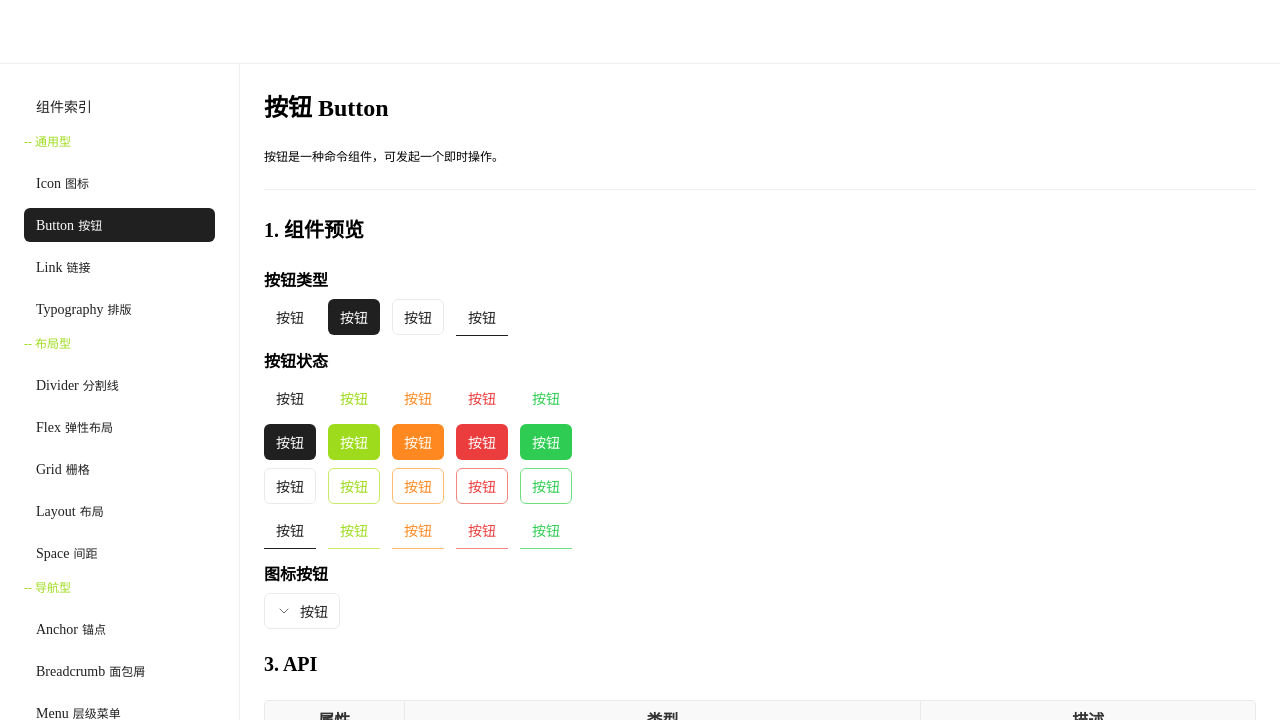
Repository: suminhan007/LandDesign
Page: /
An editor plug-in stored every save of this project. The page is shown before and after the next save, followed by the edit.
The browser window is 1280 px wide. The pictures show the whole page.
An inner scrolling area shows only its first screen. The project was rebuilt for these pictures with package versions that can differ from the ones it lists, and the page was loaded fresh each time. Also part of the build but not shown: vite.config.ts, packages/Pop.tsx, example/components/ComponentPreview.tsx, example/components/IconExample.tsx.

Above is the page before, as saved 2024-03-17 19:06:33.

### index.html
<!DOCTYPE html>
<html lang="en">
  <head>
    <meta charset="UTF-8" />
    <link rel="icon" type="image/svg+xml" href="/vite.svg" />
    <meta name="viewport" content="width=device-width, initial-scale=1.0" />
    <title>Land Design</title>
  </head>
  <body>
    <div id="root"></div>
    <script type="module" src="/example/main.tsx"></script>
  </body>
</html>

### example/App.tsx
import React, { useState } from 'react';
import styled from 'styled-components';
import "./app.css";
import '../style/atomic.scss';
import '../style/variable.scss';

import Button from '../packages/Button';
import Divider from '../packages/Divider';
import Table from '../packages/Table';
import Title from '../packages/Title';
import ComponentPreview from './components/ComponentPreview';

// 引入数据
import {
  COMMON_COMPONENTS_DATA,
  LAYOUT_COMPONENTS_DATA,
  NAV_COMPONENTS_DATA,
  INPUT_COMPONENTS_DATA,
  DISPLAY_COMPONENTS_DATA,
  FEEDBACK_COMPONENTS_DATA,
  TEXT_COMPONENTS_DATA,
  OTHER_COMPONENTS_DATA
} from './mock';

const Nav_Data = [
  { id: 1, data: COMMON_COMPONENTS_DATA, title: '通用型' },
  { id: 2, data: LAYOUT_COMPONENTS_DATA, title: '布局型' },
  { id: 3, data: NAV_COMPONENTS_DATA, title: '导航型' },
  { id: 4, data: INPUT_COMPONENTS_DATA, title: '数据输入型' },
  { id: 5, data: DISPLAY_COMPONENTS_DATA, title: '输入展示型' },
  { id: 6, data: FEEDBACK_COMPONENTS_DATA, title: '反馈型' },
  { id: 7, data: TEXT_COMPONENTS_DATA, title: '文字型' },
  { id: 8, data: OTHER_COMPONENTS_DATA, title: '其他' },
]

function App() {
  const [activedId, setActivedId] = useState<number>(2);
  return (
    <div>
      <StyledTopNav></StyledTopNav>
      <div className='flex'>
        <StyledLeftNav className='flex column gap-20 py-24 px-24 overflow-auto'>
          {/* <Title title='-- 组件索引' type='p' className='my-8' style={{ color: 'var(--color-primary-6)' }} /> */}
              <Button
                text='组件索引'
                width='100%'
                justify='start'
                type={activedId === 0 ? 'background' : 'text'}
                onClick={() => setActivedId(0)}
              />
          {
            Nav_Data.map(navItem =>
              <div className='flex column gap-8'>
                <Title title={`-- ${navItem.title}`} type='p' className='my-8' style={{ color: 'var(--color-primary-6)' }} />
                {
                  navItem.data?.map(navBtnItem =>
                    <Button
                      key={navBtnItem.id}
                      text={navBtnItem.en}
                      subText={navBtnItem.zh}
                      width='100%'
                      justify='start'
                      type={activedId === navBtnItem.id ? 'background' : 'text'}
                      onClick={() => setActivedId(navBtnItem.id)}
                    />
                  )
                }
              </div>
            )
          }
        </StyledLeftNav>
        <StyledRightContent className='flex p-24 overflow-auto'>
          {/* 组件索引 */}
          {activedId === 0 && <ComponentPreview/>}
          {
            activedId != 0 && COMMON_COMPONENTS_DATA.filter(itm => itm.id === activedId).map(item =>
              <div className='width-100 flex column gap-24 mb-24' style={{height: 'fit-content'}}>
                <Title title={`${item.zh} ${item.en}`} type='h1' />
                <Title title={item.desc} type='p'/>
                <Divider />
                <Title title='1. 组件预览' type='h2' />
                  {item.example}
                <Title title='3. API' type='h2' />
                <Table titleData={[{ title: '属性', value: 'props' }, { title: '类型', value: 'type' }, { title: '描述', value: 'desc' }]} data={item.props} style={{ width: '100%' }} />

              </div>
            )
          }
        </StyledRightContent>
      </div>
    </div>
  )
}

const StyledTopNav = styled.div`
  height: 64px;
  border-bottom: 1px solid #eee;
  box-sizing: border-box;
`

const StyledLeftNav = styled.div`
    width: 240px;
    height: calc(100vh - 64px);
    flex-shrink: 0;
    border-right: 1px solid var(--color-border-1);
    box-sizing: border-box;
`

const StyledRightContent = styled.div`
    width: calc(100% - 48px);
    height: calc(100vh - 64px);
    box-sizing: border-box;
`

export default App

### example/app.css
body,
h1,
h2,
h3,
a,
p {
    margin: 0;
    padding: 0;
}

### style/variable.scss
:root{
    // 主题色
    --color-primary-1: #FCFFE8; // 背景
    --color-primary-2: #EDF8BB; // 文字禁用
    --color-primary-3: #DCF190; // 禁用
    --color-primary-4: #C9E968; // 特殊选中 & 边框
    --color-primary-5: #B5E241; // 悬浮 :hover
    --color-primary-6: #9FDB1D; // 常规
    --color-primary-7: #7EB712; // 点击 :active
    --color-primary-8: #5F940A; // 已点击

    // 状态色: success warnning error
    --color-red-1: #FFECE8;
    --color-red-2: #FBCBC4;
    --color-red-3: #F7A9A1;
    --color-red-4: #F3867E;
    --color-red-5: #EF625D;
    --color-red-6: #EB3D3D;
    --color-red-7: #C3262B;
    --color-red-8: #9C141D;

    --color-orange-1: #FFF7E8;
    --color-orange-2: #FFE6C0;
    --color-orange-3: #FFD298;
    --color-orange-4: #FFBC70;
    --color-orange-5: #FFA448;
    --color-orange-6: #FF8920;
    --color-orange-7: #D26614;
    --color-orange-8: #A6490A;

    --color-green-1: #E8FFEA;
    --color-green-2: #BDF5C3;
    --color-green-3: #95EBA1;
    --color-green-4: #70E083;
    --color-green-5: #4ED669;
    --color-green-6: #2ECC52;
    --color-green-7: #1DAC43;
    --color-green-8: #108C35;

    // 链接色
    --color-link-1: #E8F3FF;
    --color-link-2: #BEDAFF;
    --color-link-3: #94BFFF;
    --color-link-4: #6AA1FF;
    --color-link-5: #4080FF;
    --color-link-6: #165DFF;
    --color-link-7: #0E42D2;
    --color-link-8: #072CA6;

    // 标签色 & 数据色
    --color-tag-1: #F53F3F;
    --color-tag-2: #FF7D00;
    --color-tag-3: #23C343;
    --color-tag-4: #14C9C9;
    --color-tag-5: #3491FA;
    --color-tag-6: #8D4EDA;
    --color-tag-7: #FF4A83;
    --color-tag-8: #4e5969;
    --color-tag-9: #DDBEF6;
    --color-tag-10: #FF99B2;
    --color-tag-11: #AFF0B5;

    // 边框色(无交互)
    --color-border-1: #EFEFEF; // 常规
    --color-border-2: #EAEAEA; // 重边框

    // 边框粗细
    --border-1: 1px;
    --border-2: 2px;

    // 背景色
    --color-bg-white: #FFF;
    --color-bg-1: #F9F9F9;
    --color-bg-2: #F6F6F6;
    --color-bg-3: #FAFAFA;

    // 文字色
    --color-text-1: #0D0D0D;
    --color-text-2: #202020;
    --color-text-3: #555;
    --color-text-4: #888;
    --color-text-light: #F9F9F9;
    --color-text-white: #FFF;

    // 字号
    --font-content-small: 12px; // 正文-小
    --font-content-medium: 14px; // 正文-常规
    --font-content-large: 16px; // 正文-大
    --font-title-mini: 12px; // 标题-辅助
    --font-title-small: 16px; // 标题-小
    --font-title-medium: 20px; // 标题-常规
    --font-title-large: 24px; // 标题常-大
    --font-slogan-small: 36px; // 视觉标题-小
    --font-slogan-medium: 48px; // 视觉标题-常规
    --font-slogan-large: 64px; // 视觉标题常-大

    // 字重
    --font-weight-300: 300; // light
    --font-weight-400: 400; // regular
    --font-weight-500: 500; // bold
    --font-weight-500: 600; // heavy

    // 亲密性
    --size-4: 4px;
    --size-8: 8px;
    --size-12: 12px;
    --size-20: 20px;
    --size-32: 32px;
    --size-80: 80px;

    // 图标尺寸
    --icon-mini: 12px;
    --icon-small: 16px;
    --icon-medium: 20px;
    --icon-large: 24px;

    // 圆角
    --radius-2: 2px;
    --radius-4: 4px;
    --radius-6: 6px;
    --radius-8: 8px;
    --radius-12: 12px;
    --radius-20: 20px;
    --radius-50: 50%;

    // 间距
    --padding-small: 4px;
    --padding-medium: 8px 12px;
    --padding-large: 16px;

    // 背景模糊
    ---blur-small: blur(10px);
    ---blur-medium: blur(15px);
    ---blur-large: blur(30px);

    // 透明度
    ---opacity-0: 0;
    ---opacity-01: 0.1;
    ---opacity-02: 0.2;
    ---opacity-04: 0.4;
    ---opacity-68: 0.68;
    ---opacity-08: 0.8;
    ---opacity-09: 0.9;
    ---opacity-1: 1;

    // 投影
    --boxshadow-small: 0 0px 4px rgba(0, 0, 0, 0.1);
    --boxshadow-medium: 0 0 10px rgba(0, 0, 0, 0.1);
    --boxshadow-large: 0 0 20px rgba(0, 0, 0, 0.1);

    // 过渡
    --transition-15: 0.15s;
    --transition-2: 0.2s;
    --transition-3: 0.3s;
    --transition-8: 0.8s;

    /****** 暗黑模式 ******/
}

### packages/Button.tsx
import React, { CSSProperties, useMemo } from 'react'
import styled from 'styled-components'
// import { IconLoading } from './Icon';
import Pop, { PopProps } from './Pop';

export type ButtonProps = {
  /* 按钮主要文案 */
  text?: string;
  /* 按钮次要文案 */
  subText?: string;
  /* 按钮图标: 若仅指定 icon 而未指定文案，则渲染为按钮图标（宽高一致） */
  icon?: React.ReactNode;
  /* 设置按钮宽度&高度：设置后 padding 将不起作用 */
  width?: string | number;
  height?: string | number;
  /* 按钮文字对齐方式 */
  justify?: 'center' | 'start' | 'end';
  /* 按钮风格 */
  type?: 'text' | 'background' | 'border' | 'line';
  /* 按钮状态 */
  status?: 'default' | 'primary' | 'warning' | 'danger' | 'success';
  /* 是否禁用 */
  disabled?: boolean;
  /* 是否记载中 */
  loading?: boolean;
  /* 按钮气泡 */
  pop?: React.ReactNode | string;
  /* 气泡配置 */
  PopProps?: PopProps;
  /* 跳转链接：按钮作为 a 标签 */
  href?: string;
  /* a 标签对应的 target 属性 */
  target?: '_self' | '_blank' | '_top' | '_parent';
  /* 按钮点击事件 */
  onClick?: (e: React.UIEvent) => void;
  style?: CSSProperties;
  className?: string;
}

const Button: React.FC<ButtonProps> = ({
  text = '按钮',
  subText,
  icon,
  width,
  height,
  justify = 'center',
  type = 'border',
  status = 'default',
  disabled,
  loading,
  pop,
  PopProps,
  href,
  target = '_blank',
  onClick,
  style,
  className = ''
}) => {
  /* 仅指定 icon 属性时 iconOnly 默认为true */
  const iconOnly = useMemo(() => {
    if (icon || loading) {
      if (!text && !subText) return true;
    }
  }, [icon, text, subText, loading])

  // 配置按钮颜色
  const buttonColorConfig = useMemo(() => {
    switch (status) {
      case 'success': return 'var(--color-green-';
      case 'warning': return 'var(--color-orange-';
      case 'danger': return 'var(--color-red-';
      case 'primary': return 'var(--color-primary-';
      default: return '';
    }
  }, [status])
  return (
    <>
      {!href ?
        <StyledButton
          className={`land-button ${type} ${status} ${disabled ? 'disabled' : ''} ${pop ? 'hover-pop' : ''} ${className}`}
          style={{
            width: width || 'fit-content',
            height: height || 'fit-content',
            ...style
          }}
          justify={justify}
          color={buttonColorConfig}
          onClick={(e: React.UIEvent) => onClick?.(e)}
        >
          {loading ? <>load</> : icon}
          {!iconOnly && <div>
            <span>{text}</span>
            {subText && <span className='subText'>{subText}</span>}
          </div>}
          {pop && <Pop content={pop} {...PopProps} />}
        </StyledButton>
        :
        <StyleButtonLink
          href={href}
          target={target}
          className={`land-button ${pop ? 'hover-pop' : ''} ${className}`}
          style={{
            width: width || 'fit-content',
            height: height || 'fit-content',
            ...style
          }}
          justify={justify}
          color={buttonColorConfig}
          onClick={(e: React.UIEvent) => onClick?.(e)}
        >
          {/* {loading ? <IconLoading /> : icon} */}
          {!iconOnly && <div>
            <span>{text}</span>
            <span className='subText'>{subText}</span>
          </div>}
          {pop && <Pop content={pop} {...PopProps} />}
        </StyleButtonLink>
      }
    </>
  )
}

const StyledButton = styled.div<{
  justify?: any;
  color?: string;
}>`
    position: relative;
    display: flex;
    align-items: center;
    justify-content: ${props => props.justify};
    gap: var(--size-8);
    padding: var(--padding-medium);
    color: ${props => props.color ? `${props.color}6)` : 'var(--color-text-2)'};
    &:hover {
      color: ${props => props.color ? `${props.color}5)` : 'var(--color-text-3)'};
    }
    &:active {
      color: ${props => props.color ? `${props.color}7)` : 'var(--color-text-1)'};
    }
    font-size: var(--font-content-medium);
    border-radius: var(--radius-6);
    box-sizing: border-box;
    transition: all var(--transition-15) linear;
    cursor: pointer;
    .subText{
      margin-left: 4px;
      font-size: var(--font-content-small);
      opacity: var(--opacity-68);
    }

    &.text,
    &.border.default {
      &:hover {
        background-color: var(--color-bg-1);
      }
      &:active {
        background-color: var(--color-bg-2);
      }
    }

    &.background {
      color: var(--color-text-white);
      background-color: ${props => `${props.color}6)` };
      &.default {
        background-color: var(--color-text-2);
        &:hover {
          background-color: var(--color-text-1);
        }
        &:active {
          background-color: var(--color-text-1);
        }
      }
      &:hover {
        background-color: ${props => `${props.color}5)` };
      }
      &:active {
        background-color: ${props => `${props.color}7)` };
      }
    }

    &.border {
      padding: 7px 11px;
      border: ${props => `var(--border-1) solid ${props.color}4)`};
      &.default {
        border-color: var(--color-border-2);
      }
      &:hover {
        background-color: ${props => `${props.color}1)` };
      }
      &:active {
        background-color: ${props => `${props.color}2)` };
      }
    }

    &.line {
      border-bottom: var(--border-1) solid transparent;
      border-color: ${props => `${props.color}4)`};
      border-radius: 0;
      &.default {
        border-color: var(--color-text-2);
      }
    }

    &.disabled {
      opacity: var(--opacity-68);
      cursor: default;
    }
`

const StyleButtonLink = styled.a<{
  justify?: any;
}>`
  ${StyledButton};
  text-decoration: none;
`

export default Button

### packages/Divider.tsx
import React, { CSSProperties } from 'react'

export type DividerProps = {
    /* 分割线方向 */
    direction?: 'row' | 'column';
    /* 分割线粗细 */
    size?: number;
    /* 分割线上下或左右边距 */
    margin?: number;
    /* 分割线类型：实线或者虚线 */
    type?: 'solid' | 'dashed';
    /* 分割线颜色 */
    color?: string;
    /* 分割线包含的内容 */
    content?: React.ReactNode | string;
    /* 分割线包含内容时对齐方式 */
    align?: 'left' | 'center' | 'right';
    style?: CSSProperties;
    className?: string;
}

const Divider: React.FC<DividerProps> = ({
    direction = 'row',
    size = 1,
    margin = 0,
    type = 'solid',
    color = '#eee',
    content,
    align = 'center',
    style,
    className = ''
}) => {
    return (
        <div
            className={`land-divider ${className}`}
            style={{
                display: 'flex',
                alignItems: 'center',
                flexDirection: direction,
                gap: content && '8px',
                width: direction === 'row' ? '100%' : `${size}px`,
                height: direction === 'column' ? '100%' : 'auto',
                margin: direction === 'row' ? `${margin}px 0` : `0 ${margin}px`,
                ...style
            }}
        >
            <div
                style={{
                    flex: align === 'left' ? '10%' : align === 'right' ? '90%' : 1,
                    height: '0px',
                    borderBottom: direction === 'row' ? `${size}px ${type} ${color}` : 'none',
                    borderLeft: direction === 'column' ? `${size}px ${type} ${color}` : 'none',
                }}
            ></div>
            {content &&
                <>
                    <div
                        style={{
                            fontSize: '12px',
                            color: '#999',
                            writingMode: direction === 'column' ? 'vertical-rl' : 'unset',
                            textOrientation: direction === 'column' ? 'upright' : 'unset',
                        }}>
                        {content}
                    </div>
                    <div
                        style={{
                            flex: align === 'left' ? '90%' : align === 'right' ? '10%' : 1,
                            height: '0px',
                            borderBottom: direction === 'row' ? `${size}px ${type} ${color}` : 'none',
                            borderLeft: direction === 'column' ? `${size}px ${type} ${color}` : 'none',
                        }}
                    ></div>
                </>
            }
        </div >
    )
}

export default Divider

### packages/Table.tsx
import React, { CSSProperties } from 'react'
import styled from 'styled-components'

export type TableProps = {
    titleData?: { title: string | React.ReactNode, value: string }[];
    data?: any[]
    style?: CSSProperties;
    className?: string;
}

const Table: React.FC<TableProps> = ({
    titleData,
    data = [],
    style,
    className = ''
}) => {
    return (
        <StyledTable className={`land-table ${className}`} style={style}>
            <thead>
                <tr>
                    {titleData?.map((item1, index1) =>
                        <th key={index1}>{item1.title}</th>
                    )}
                </tr>
            </thead>
            <tbody>
                {data.map(item2 =>
                    <tr>
                        {Object.values(item2).map((item3: any) =>
                            <td>{item3}</td>
                        )}
                    </tr>
                )}
            </tbody>
        </StyledTable>
    )
}

const StyledTable = styled.table`
    border-spacing: 0px;
    border: 1px solid #eaeaea;
    border-radius: 4px;
    overflow: hidden;
    thead {
        background-color: #f9f9f9;
        td {
            text-align: center;
        }
    }
    tbody tr td{
        border-top: 1px solid #eaeaea;
    }
    thead tr th:not(:last-child),
    tbody tr td:not(:last-child) {
        border-right: 1px solid #eaeaea;
    }
    td,th {
        padding: 8px 16px;
        box-sizing: border-box;
        color: #333;
        line-height: 1.5em;
    }
`

export default Table;

### packages/Title.tsx
import React, { CSSProperties } from 'react'
import styled from 'styled-components'

export type TitleProps = {
  /* 标题内容 */
  title?: string;
  /* 标题层级 */
  type?: 'h1' | 'h2' | 'h3' | 'p';
  /* 标题前缀 */
  prefix?: string;
  /* 标题角标 */
  sub?: string | React.ReactNode;
  style?: CSSProperties;
  className?: string;
  onClick?: () => void;
}

const Pop: React.FC<TitleProps> = ({
  title,
  type = 'h1',
  prefix,
  sub,
  style,
  className = '',
  onClick
}) => {
  return (
    <StyledTitle className={`land-title ${className}`} style={style} onClick={() => onClick?.()}>
      {prefix && <span className='land-title-prefix'>{prefix}</span>}
      {type === 'h1' && <h1>{title}</h1>}
      {type === 'h2' && <h2>{title}</h2>}
      {type === 'h3' && <h3>{title}</h3>}
      {type === 'p' && <p>{title}</p>}
      {sub && typeof (sub) === 'string' ? <div className='land-title-sub'>{sub}</div> : <>{sub}</>}
    </StyledTitle>
  )
}

const StyledTitle = styled.div`
  position: relative;
  display: flex;
  align-items: center;
  gap: 8px;
  width: fit-content;
  font-weight: 600;
  h1 {
    font-size: 24px;
  }
  h2 {
    font-size: 20px;
  }
  h3 {
    font-size: 16px;
  }
  p {
    font-size: 12px;
    font-weight: 400;
  }
  .land-title-sub{
    position: absolute;
    top: -30%;
    right: -50%;
    padding: 2px 4px;
    font-size: 8px;
    font-weight: 400;
    color: white;
    background-color: #202023;
    border-radius: 4px;
  }
`

export default Pop

### example/components/ButtonExample.tsx
import React from 'react';
import Title from '../../packages/Title';
import Button from '../../packages/Button';
import { IconArrow } from '../../packages/Icon';

export default function ButtonExample() {
  return (
    <div className='flex column gap-12'>
      <div className='flex column gap-8'>
        <Title title='按钮类型' type='h3' />
          <div className='flex gap-12'>
            <Button text='按钮' type='text' />
            <Button text='按钮' type='background' />
            <Button text='按钮' type='border' />
            <Button text='按钮' type='line'/>
          </div>
      </div>

      <div className='flex column gap-8'>
          <Title title='按钮状态' type='h3' />
          <div className='flex gap-12'>
            <Button text='按钮' type='text' status='default' />
            <Button text='按钮' type='text' status='primary' />
            <Button text='按钮' type='text' status='warning' />
            <Button text='按钮' type='text' status='danger' />
            <Button text='按钮' type='text' status='success'/>
        </div>
        <div className='flex gap-12'>
          <Button text='按钮' type='background' status='default'/>
          <Button text='按钮' type='background' status='primary'/>
          <Button text='按钮' type='background' status='warning'/>
          <Button text='按钮' type='background' status='danger'/>
          <Button text='按钮' type='background' status='success'/>
        </div>
        <div className='flex gap-12'>
          <Button text='按钮' type='border' status='default'/>
          <Button text='按钮' type='border' status='primary'/>
          <Button text='按钮' type='border' status='warning'/>
          <Button text='按钮' type='border' status='danger'/>
          <Button text='按钮' type='border' status='success'/>
        </div>
        <div className='flex gap-12'>
          <Button text='按钮' type='line' status='default'/>
          <Button text='按钮' type='line' status='primary'/>
          <Button text='按钮' type='line' status='warning'/>
          <Button text='按钮' type='line' status='danger'/>
          <Button text='按钮' type='line' status='success'/>
          </div>
      </div>

      <div className='flex column gap-8'>
        <Title title='图标按钮' type='h3' />
          <div className='flex gap-12'>
          <Button text='按钮' type='border' icon={<IconArrow />} />
          </div>
      </div>
    </div>
  )
}

Loaded but not shown: example/main.tsx (common file); packages/Icon.tsx (581 lines, source omitted); example/mock.tsx (558 lines, source omitted); style/atomic.scss (516 lines, source omitted)

After the next save:
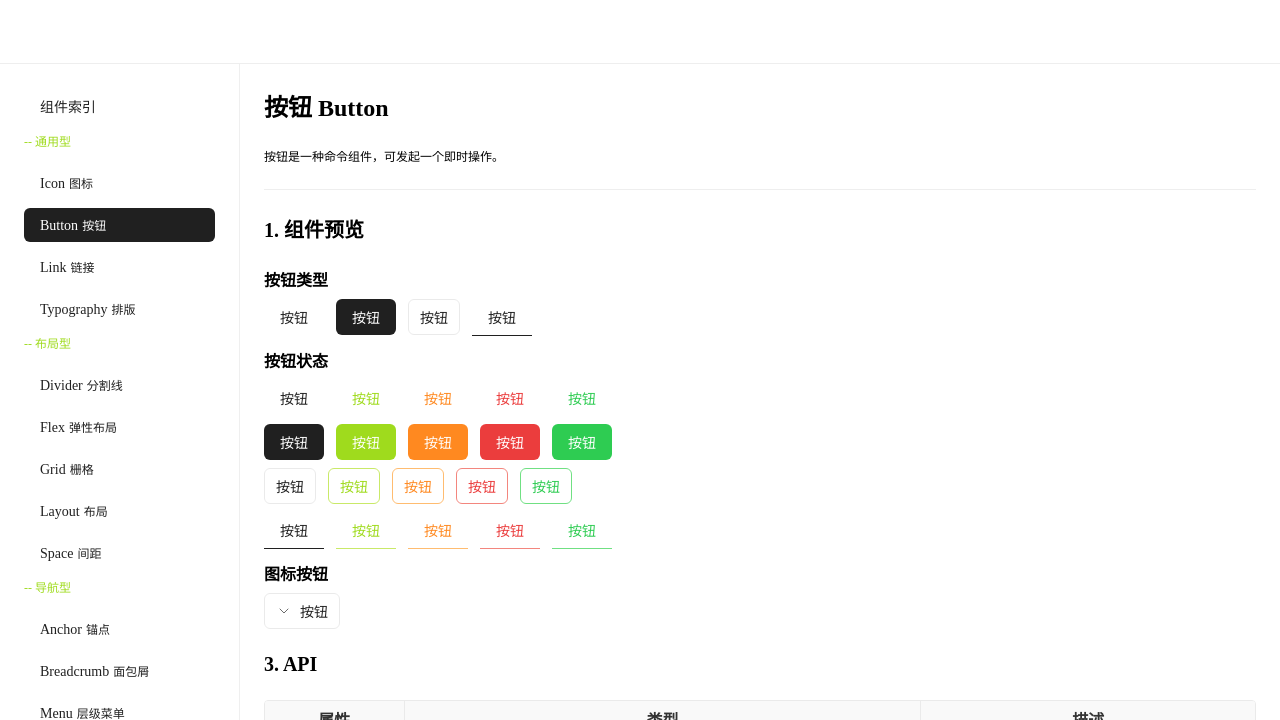
Saved 27 s later.
--- a/style/variable.scss
+++ b/style/variable.scss
@@ -125,7 +125,7 @@
 
     // 间距
     --padding-small: 4px;
-    --padding-medium: 8px 12px;
+    --padding-medium: 8px 16px;
     --padding-large: 16px;
 
     // 背景模糊
